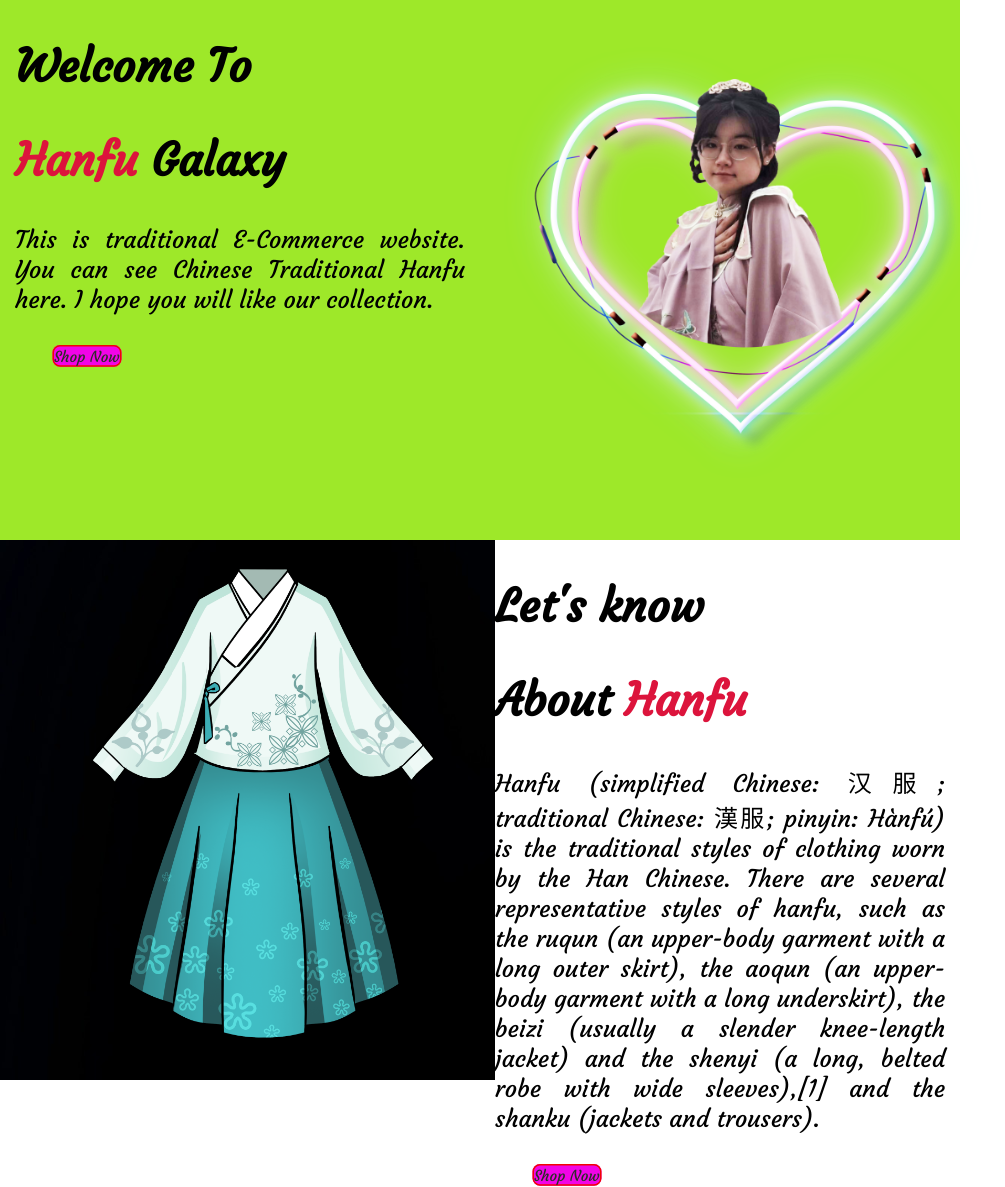
Repository: ramizraaz/E-Commerce
Page: index.html
An editor plug-in stored every save of this project. The page is shown before and after the next save, followed by the edit.
The browser window is 1280 px wide. The page is 1340 px wide, so the pictures cover 1340 px, including what lies to the right of the window. The pictures show the whole page, at 75% of full size.

Above is the page before, as saved 2022-02-06 21:32:07.

### index.html
<!DOCTYPE html>
<html lang="en">

<head>
    <meta charset="UTF-8">
    <meta http-equiv="X-UA-Compatible" content="IE=edge">
    <meta name="viewport" content="width=device-width, initial-scale=1.0">
    <title>Document</title>
    <link rel="stylesheet" href="main.css">
</head>

<body>
    <section class="top">
        <div class="container">
            <h1>Welcome To </h1>
            <h1><span> Hanfu </span>Galaxy</h1>
            <p>This is traditional E-Commerce website. You can see Chinese Traditional Hanfu here. I hope you will like our collection.
            </p>
            <a href="index.html">Shop Now</a>
        </div>
        <div class="container">
            <img src="images/bg-1.png" alt="showart">
        </div>
    </section>
    <section class="mid">
        <div class="container mid-img">
            <img src="images/bg-2.png" alt="showart">
        </div>
        <div class="container">
            <h1>Let's know </h1>
            <h1>About<span> Hanfu </span></h1>
            <p>Hanfu (simplified Chinese: 汉服; traditional Chinese: 漢服; pinyin: Hànfú) is the traditional styles of clothing worn by the Han Chinese. There are several representative styles of hanfu, such as the ruqun (an upper-body garment with a long outer
                skirt), the aoqun (an upper-body garment with a long underskirt), the beizi (usually a slender knee-length jacket) and the shenyi (a long, belted robe with wide sleeves),[1] and the shanku (jackets and trousers).
            </p>
            <a href="index.html">Shop Now</a>
        </div>
    </section>
</body>

</html>

### main.css
@import url('https://fonts.googleapis.com/css2?family=Courgette&display=swap');
body {
    font-family: 'Courgette', cursive;
    margin: 0;
    font-size: 2rem;
}

h1 {
    font-size: 60px;
}

p {
    text-align: justify;
}

span {
    color: crimson;
}

img {
    width: 700px;
}

a {
    text-decoration: none;
    border: 2px solid #f10404;
    border-radius: 10px;
    font-size: 20px;
    margin-left: 50px;
    background-color: #f104e6;
    color: rgb(44, 44, 41);
}

.top {
    display: flex;
    background-color: #93e60fe3;
    height: 100vh;
}

.container {
    width: 50%;
    padding-left: 20px;
}

.mid {
    display: flex;
    height: 100vh;
}

.mid .container {
    padding: 0px 20px 0px 0px;
}

.mid-img {
    background-image: url(./images/pexels-designecologist-887349.jpg);
    background-repeat: initial;
}

After the next save:
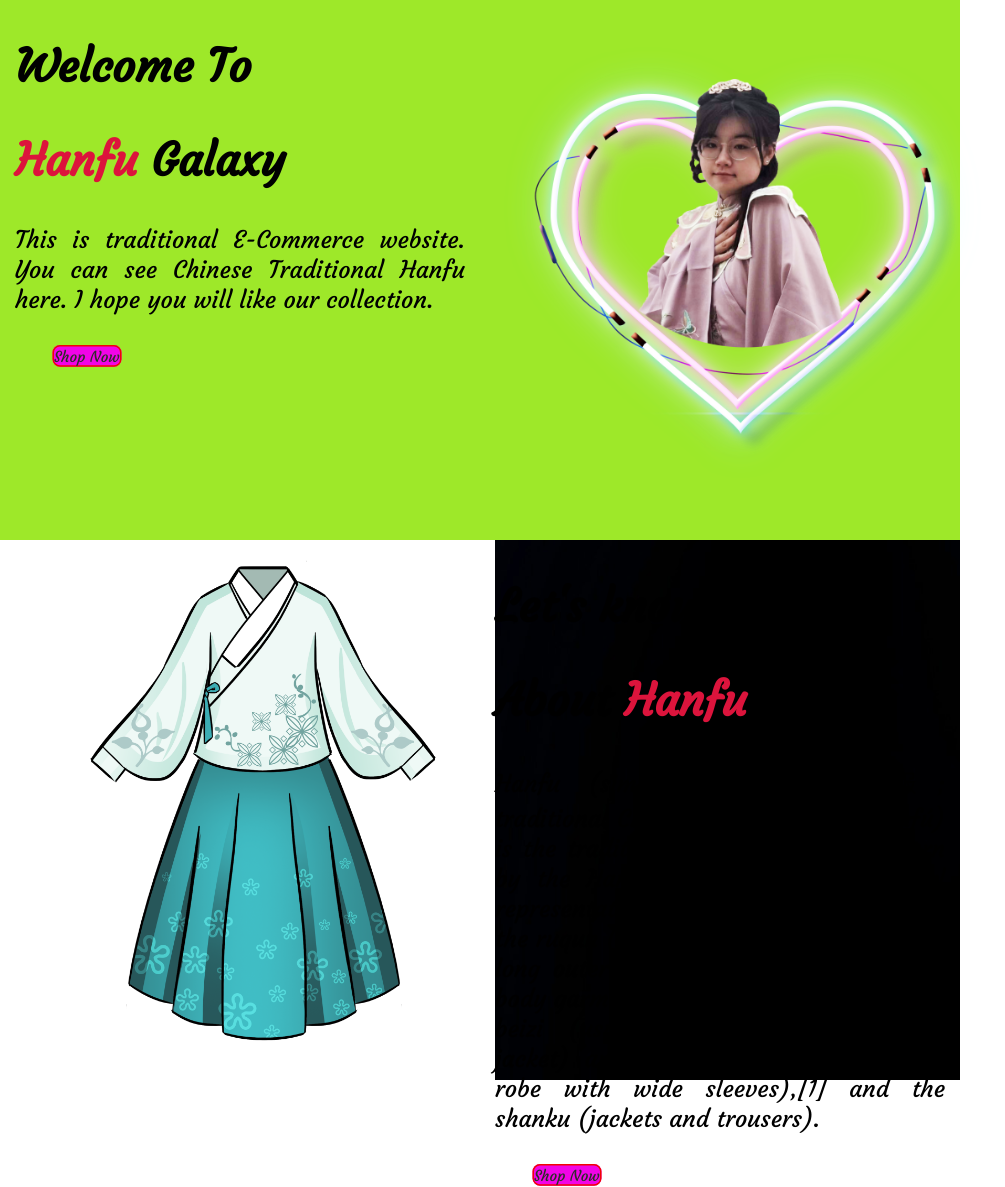
Saved 8 s later.
--- a/index.html
+++ b/index.html
@@ -23,10 +23,10 @@
         </div>
     </section>
     <section class="mid">
-        <div class="container mid-img">
+        <div class="container ">
             <img src="images/bg-2.png" alt="showart">
         </div>
-        <div class="container">
+        <div class="container mid-img">
             <h1>Let's know </h1>
             <h1>About<span> Hanfu </span></h1>
             <p>Hanfu (simplified Chinese: 汉服; traditional Chinese: 漢服; pinyin: Hànfú) is the traditional styles of clothing worn by the Han Chinese. There are several representative styles of hanfu, such as the ruqun (an upper-body garment with a long outer
